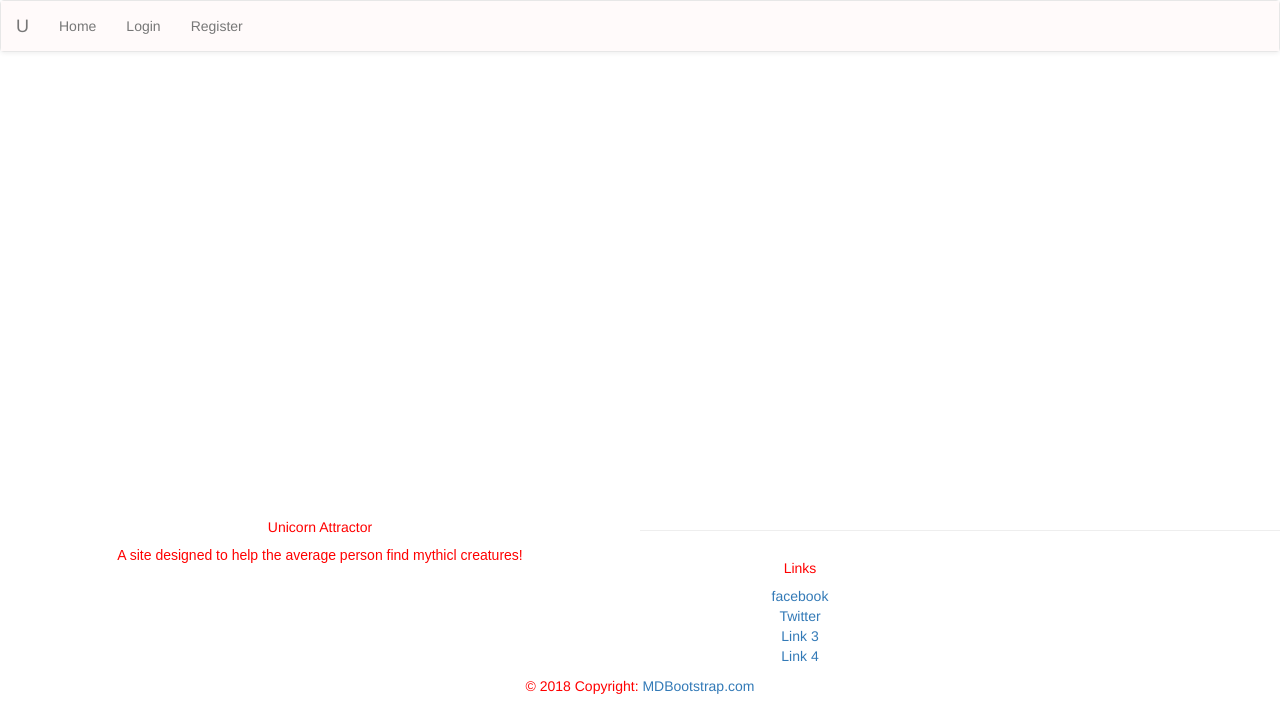
Repository: h8130084/UnicornAttractor
Page: templates/base.html
The author's editor kept a record of every edit. The page is drawn from the files as they stood at one moment, then again after the next edit.
The browser window is 1280 px wide. The pictures show the whole page.
Some web fonts or font styles are not loaded; a fallback is used. Some web libraries are served in a nearby version. The template is drawn by Django 2.2. The application's start-up code is not run. Other server files are loaded and not shown. The template is opened directly, without the code that normally fills it, so the values that code supplies are empty.

Above is the page before.

### templates/base.html
<!DOCTYPE html>
<html lang="en">
{% load staticfiles %}
<head>
    <meta charset="UTF-8">
    <meta name="viewport" content="width=device-width, initial-scale=1.0">
    <meta http-equiv="X-UA-Compatible" content="ie=edge">
    <link rel="stylesheet" href="{% static 'css/styles.css' %}" type="text/css" />

    <!-- Latest compiled and minified CSS -->
    <link rel="stylesheet" href="https://maxcdn.bootstrapcdn.com/bootstrap/3.3.7/css/bootstrap.min.css" integrity="sha384-BVYiiSIFeK1dGmJRAkycuHAHRg32OmUcww7on3RYdg4Va+PmSTsz/K68vbdEjh4u" crossorigin="anonymous">

    <!-- Optional theme -->
    <link rel="stylesheet" href="https://maxcdn.bootstrapcdn.com/bootstrap/3.3.7/css/bootstrap-theme.min.css" integrity="sha384-rHyoN1iRsVXV4nD0JutlnGaslCJuC7uwjduW9SVrLvRYooPp2bWYgmgJQIXwl/Sp" crossorigin="anonymous">
    <link rel="stylesheet" href="https://maxcdn.bootstrapcdn.com/font-awesome/4.7.0/css/font-awesome.min.css" type="text/css" />

    <!-- google fonts -->
    <link href="https://fonts.googleapis.com/css?family=Sulphur+Point&display=swap" rel="stylesheet">

    <!-- JQuery -->
    <script src="https://code.jquery.com/jquery-3.2.1.min.js" integrity="sha256-hwg4gsxgFZhOsEEamdOYGBf13FyQuiTwlAQgxVSNgt4=" crossorigin="anonymous"></script>

    <!-- Latest compiled and minified JavaScript -->
    <script src="https://maxcdn.bootstrapcdn.com/bootstrap/3.3.7/js/bootstrap.min.js" integrity="sha384-Tc5IQib027qvyjSMfHjOMaLkfuWVxZxUPnCJA7l2mCWNIpG9mGCD8wGNIcPD7Txa" crossorigin="anonymous"></script>

    {% block head_js %}{% endblock %}

    <title>{% block page_title %}{% endblock %}</title>
</head>

<body>

<!--Taken from Bootstrap-->
<nav class="navbar navbar-default">
  <div class="container-fluid" style="background-color: #FFFAFA;">
    <!-- Brand and toggle get grouped for better mobile display -->
    <div class="navbar-header" style="background-color: #FFFAFA;">
      <button type="button" class="navbar-toggle collapsed" data-toggle="collapse" data-target="#bs-example-navbar-collapse-1" aria-expanded="false">
        <span class="sr-only">Toggle navigation</span>
        <span class="icon-bar"></span>
        <span class="icon-bar"></span>
        <span class="icon-bar"></span>
      </button>
      <a class="navbar-brand" href="{% url 'index' %}">U</a>
    </div>

    <!-- Collect the nav links, forms, and other content for toggling -->
    <div class="collapse navbar-collapse" id="bs-example-navbar-collapse-1">
      <ul class="nav navbar-nav">
            {% if user.is_authenticated %}
            <li><a href="{% url 'index' %}">Home</a></li>
            <li><a href="{% url 'profile' %}">Profile</a></li>
            <li><a href="{% url 'bug' %}">Bugs and Features</a></li>
            <li><a href="{% url 'logout' %}">Logout</a></li>
            <li><a href="{% url 'view_cart' %}">Basket</a></li>

            {% else %}
            <li><a href="{% url 'index' %}">Home</a></li>
            <li><a href="{% url 'login' %}">Login</a></li>
            <li><a href="{% url 'registration' %}">Register</a></li>

            {% endif %}
        </ul>
    </div><!-- /.navbar-collapse -->
  </div><!-- /.container-fluid -->
</nav>



    {% if messages %}
    <div class="row">
        <div class="alert alert-warning">
            {% for message in messages %} {{ message }} {% endfor %}
        </div>
    </div>
    {% endif %}

    <h1 class="page_title">
        {% block page_heading %}{% endblock %}
    </h1>
    <div class="container">
        {% block content %}{% endblock %}
    </div>


<!-- Footer -->
<footer class="page-footer fixed-bottom">

  <div class="container-fluid text-center text-md-left">
    <div class="row">
      <div class="col-md-6 mt-md-0 mt-3">
        <h5> Unicorn Attractor</h5>
        <p>A site designed to help the average person find mythicl creatures!</p>
      </div>

      <hr class="clearfix w-100 d-md-none pb-3">
      <div class="col-md-3 mb-md-0 mb-3">

        <!-- Links -->
        <h5>Links</h5>
        <ul class="list-unstyled">
          <li>
            <a href="#!">facebook</a>
          </li>
          <li>
            <a href="#!">Twitter</a>
          </li>
          <li>
            <a href="#!">Link 3</a>
          </li>
          <li>
            <a href="#!">Link 4</a>
          </li>
        </ul>

      </div>
  </div>
  <!-- Copyright -->
  <div class="footer-copyright text-center py-3">© 2018 Copyright:
    <a href="https://mdbootstrap.com/education/bootstrap/"> MDBootstrap.com</a>
  </div>
  <!-- Copyright -->

</footer>


</body>
</html>

### static/css/styles.css
@import url('https://fonts.googleapis.com/css?family=Sulphur+Point&display=swap');

.navbar.navbar-default{
    margin-bottom: 0;
}

.page_title {
    text-align: center;
    margin-bottom: 25px;
}

h1, p {
    font-family: 'Sulphur Point', sans-serif;
}
.containter {
    font-family: 'Sulphur Point', sans-serif;
    position: relative;
}

.home-text{
    font-size: 20px;
}

.center{
    text-align: center;
    margin-bottom: 10px;
}

html, body{ height:100%; margin:0; }

footer{
    height:210px;
    margin-top: 10px;
    margin-top:auto;
    color: red;
}

body{
  display:flex;
  flex-direction:column;
}

/*forms */

.already_account{
    margin-top: 25px;
    width: 50%;
    margin-left: 25%;
}

.registration {
    margin-top: 25px;
}

.form-box{
    border: 1px solid black;
    border-radius: 5px;
    padding: 10px;
    width: 60%;
    margin-left: 20%;
}

.text-input{
    border-radius: 5px;
    width: 100%;
    margin-bottom: 10px;
}

.text-box{
    border-radius: 5px;
    width: 100%;
    margin-bottom: 10px;
}

.select-input{
    margin-bottom: 10px;
}

.auth-forms{
    width: 50%;
    margin-left: 25%;
}

/*comments */

.comments-section{
    width: 60%;
    margin-left: 20%;
    border: 1px solid black;
    border-radius: 5px;
    margin-bottom: 10px;
    padding: 5px;
}

.comment-name{
    font-weight: bold;
    font-size: 20px;
}

.comment-time{
    font-style: italic;
    font-size: 14px;
}

.comment{
    font-size: 18px;
}

.comments-header{
    text-align: center;
    font-family: 'Sulphur Point', sans-serif;
}


/*description section */

.description-section{
    margin-left: 20%;
    width: 60%;
    border: 1px solid black;
    border-radius: 5px;
    padding: 5px;
    margin-bottom: 10px;
}

.description{
    font-size: 20px;
}


/*cart.html */

.adjust-input{
    width: 60%;
    border-radius: 5px;
}

.total{
    font-size: 20px;
    font-weight: bold;
}

After the next edit:
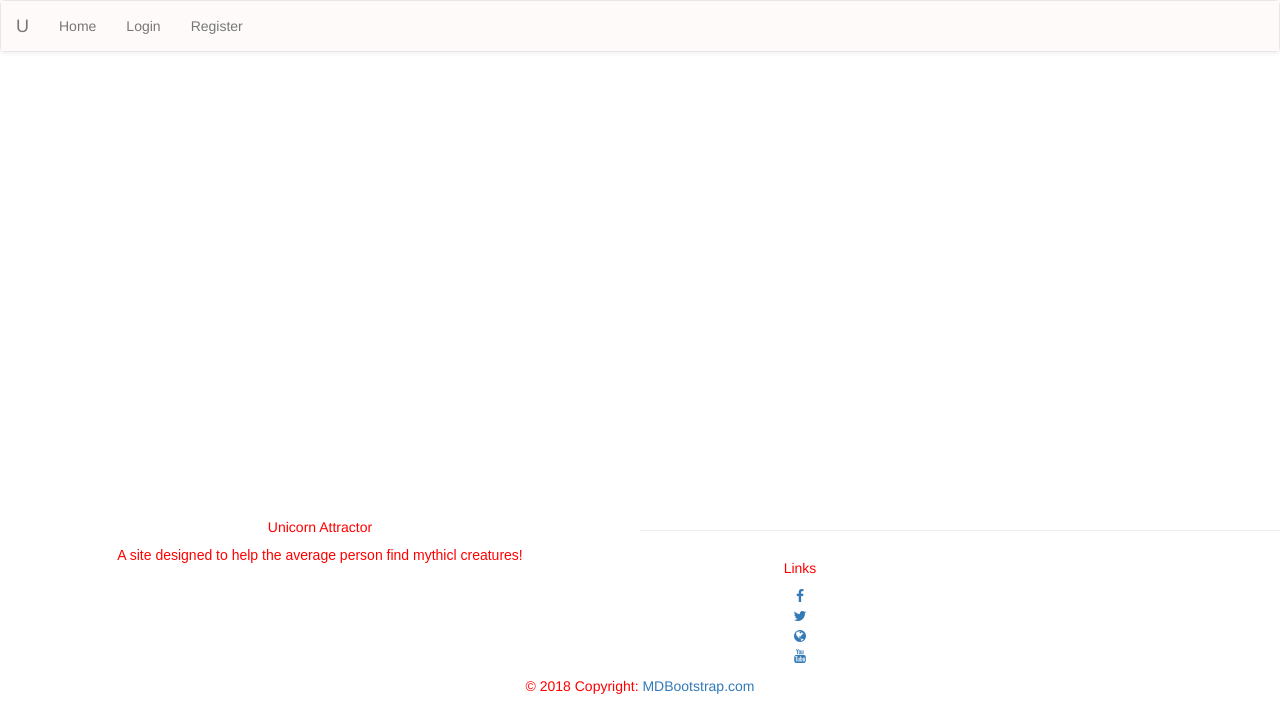
The edit:
--- a/templates/base.html
+++ b/templates/base.html
@@ -99,18 +99,10 @@
         <!-- Links -->
         <h5>Links</h5>
         <ul class="list-unstyled">
-          <li>
-            <a href="#!">facebook</a>
-          </li>
-          <li>
-            <a href="#!">Twitter</a>
-          </li>
-          <li>
-            <a href="#!">Link 3</a>
-          </li>
-          <li>
-            <a href="#!">Link 4</a>
-          </li>
+                    <li><a target="#" href="https://en-gb.facebook.com/thebeachboys/"><i class= "fa fa-facebook"></i></a></li>
+                    <li><a target="#" href="https://twitter.com/thebeachboys?lang=en"><i class= "fa fa-twitter"></i></a></li>
+                    <li><a target="#" href="https://www.thebeachboys.com/"><i class= "fa fa-globe"></i></a></li>
+                    <li><a target="#" href="https://www.youtube.com/user/BeachBoys"><i class= "fa fa-youtube"></i></a></li>
         </ul>
 
       </div>
